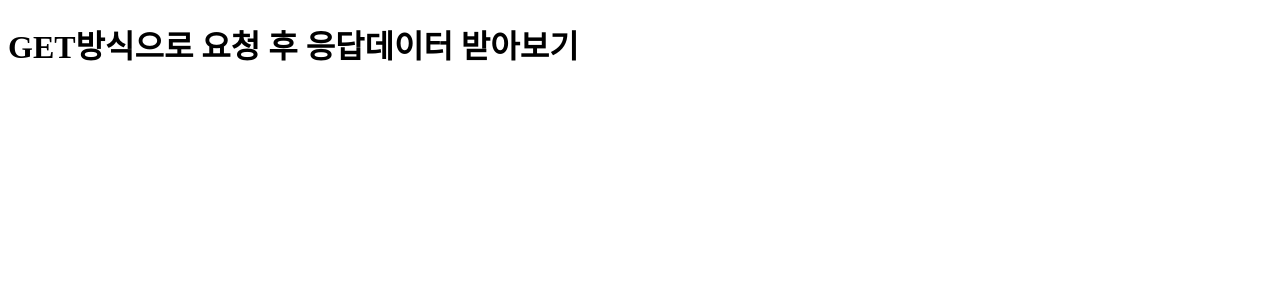
Repository: dltbxkfm86-creator/web
Page: MyFirstWebProject/src/main/webapp/views/request_get.html
These files come from the project's save history. The page is drawn as it stood at one moment and after the next save; the edit follows.
The browser window is 1280 px wide. The pictures show the whole page.

Above is the page before, as saved 2025-09-22 07:28:27.

### MyFirstWebProject/src/main/webapp/views/request_get.html
<!DOCTYPE html>
<html>
<head>
<meta charset="UTF-8">
<title>Get방식 요청 테스트</title>
<style>
	ul {
		list-style : none;
		line-height: 200%;
	}
</style>
</head>
<body>
	<h1>GET방식으로 요청 후 응답데이터 받아보기</h1>

</body>
</html>

After the next save:
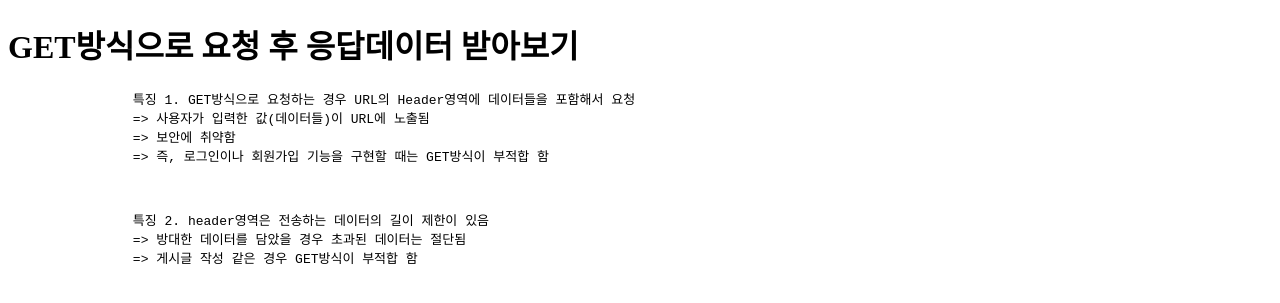
Saved 13 min 43 s later.
--- a/MyFirstWebProject/src/main/webapp/views/request_get.html
+++ b/MyFirstWebProject/src/main/webapp/views/request_get.html
@@ -13,5 +13,16 @@
 <body>
 	<h1>GET방식으로 요청 후 응답데이터 받아보기</h1>
 
+	<pre>
+		특징 1. GET방식으로 요청하는 경우 URL의 Header영역에 데이터들을 포함해서 요청
+		=> 사용자가 입력한 값(데이터들)이 URL에 노출됨
+		=> 보안에 취약함
+		=> 즉, 로그인이나 회원가입 기능을 구현할 때는 GET방식이 부적합 함 <br><br>
+
+		특징 2. header영역은 전송하는 데이터의 길이 제한이 있음
+		=> 방대한 데이터를 담았을 경우 초과된 데이터는 절단됨
+		=> 게시글 작성 같은 경우 GET방식이 부적합 함
+
+	</pre>
 </body>
 </html>
